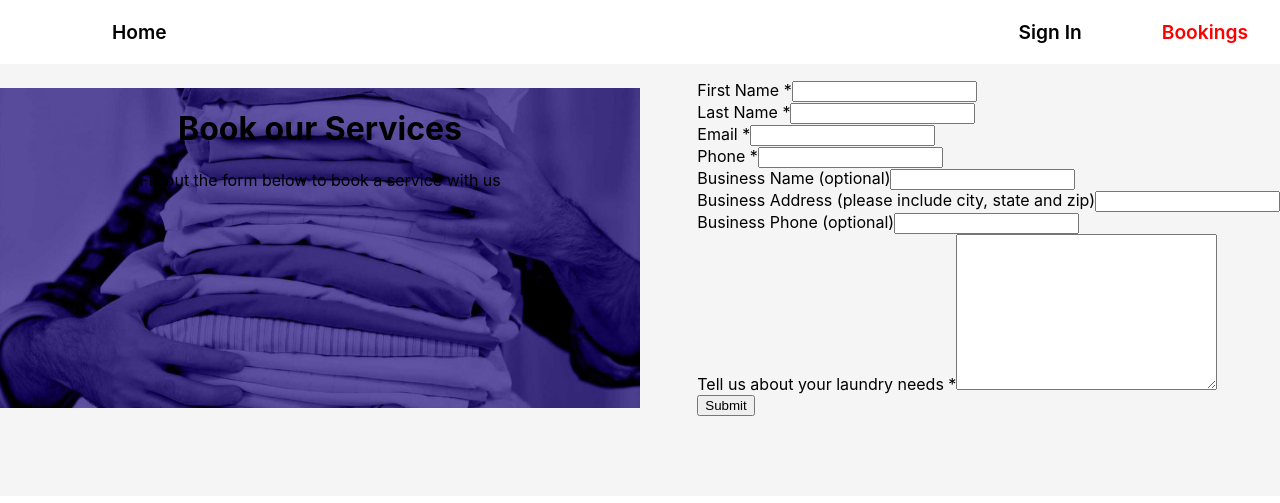
Repository: MikkyPrestige/fake-user-authentication
Page: /booking
The author's editor kept a copy of each file at every save. The page is drawn from the files as they stood at one save, then again after the next save.
The browser window is 1280 px wide. The pictures show the whole page.
The project was rebuilt for these pictures with package versions that can differ from the ones it lists, and the page was loaded fresh each time. Also part of the build but not shown: src/assets/styles/home.css, src/components/home.jsx.

Above is the page before, as saved 2022-11-20 03:10:40.

After the next save:
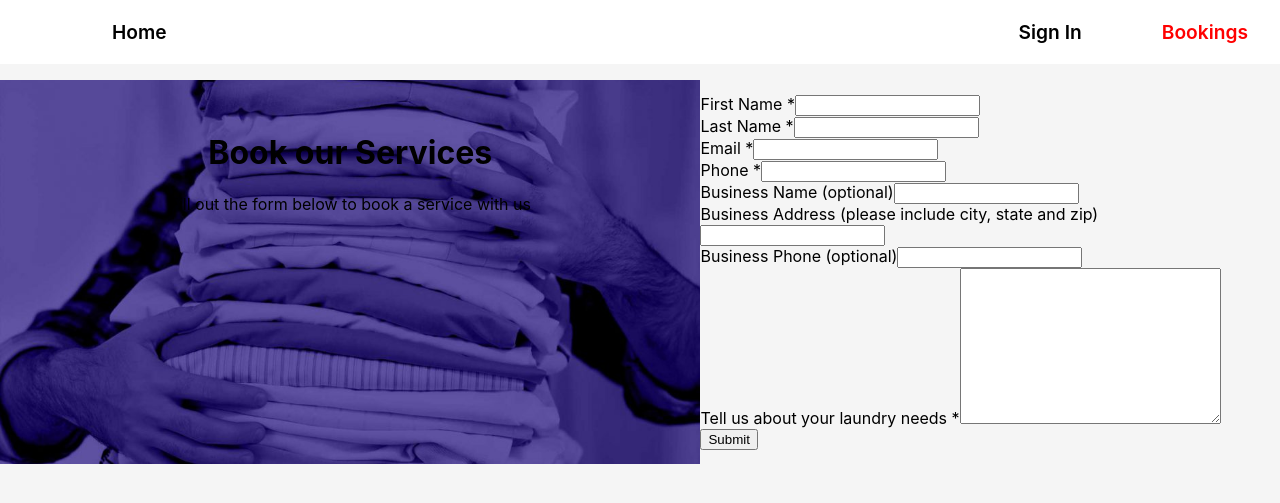
Saved 13 s later.
--- a/src/assets/styles/booking.css
+++ b/src/assets/styles/booking.css
@@ -18,5 +18,6 @@
   background-size: cover;
   background-position: center;
   text-align: center;
+  padding: 2rem;
 
 }

After the save that followed:
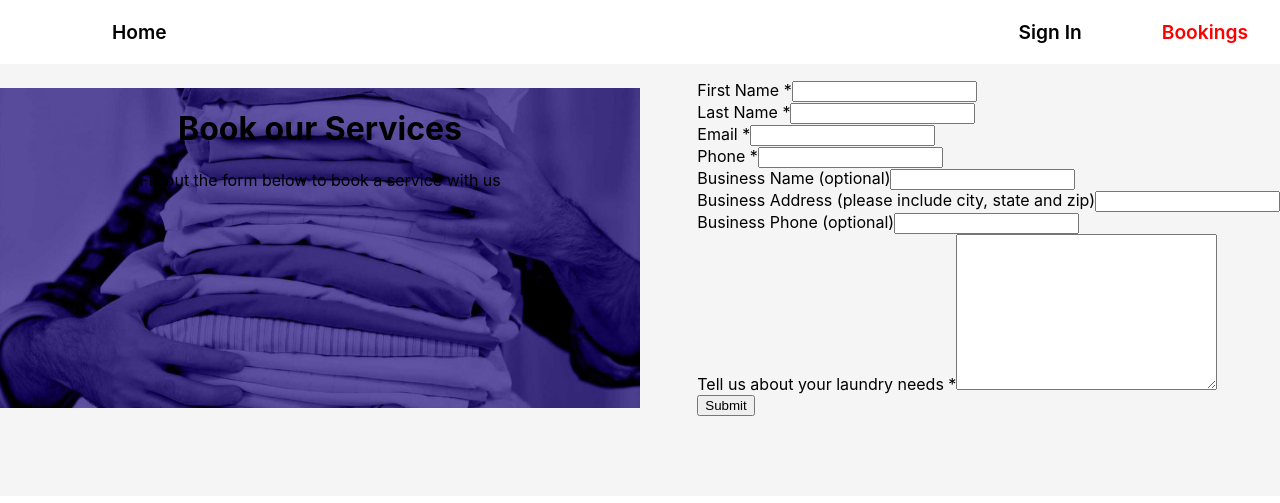
Saved 13 s later.
--- a/src/assets/styles/booking.css
+++ b/src/assets/styles/booking.css
@@ -18,6 +18,6 @@
   background-size: cover;
   background-position: center;
   text-align: center;
-  padding: 2rem;
+  /* padding: 2rem; */
 
 }
